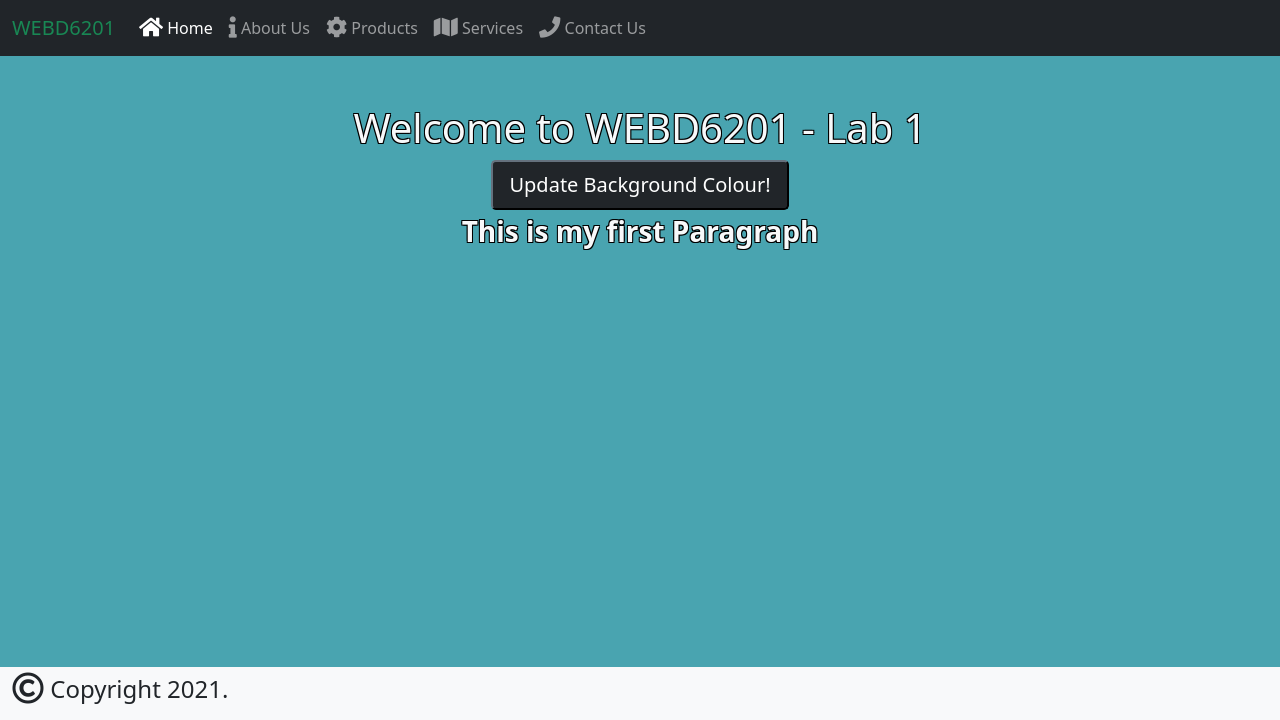
Repository: alto4/Lab-2-Nick-Scott-WEBD6201
Page: index.html
The author's editor kept a copy of each file at every save. The page is drawn from the files as they stood at one save, then again after the next save.
The browser window is 1280 px wide. The pictures show the whole page.

Above is the page before, as saved 2021-02-01 11:30:43.

### index.html
<!DOCTYPE html>
<html lang="en">

<head>
  <meta charset="UTF-8">
  <meta name="viewport" content="width=device-width, initial-scale=1.0">
  <title>Home</title>
  <!-- CSS Section -->
  <link rel="stylesheet" href="./node_modules/bootstrap/dist/css/bootstrap.min.css">
  <link rel="stylesheet" href="./node_modules/@fortawesome/fontawesome-free/css/all.min.css">
  <link rel="stylesheet" href="./Content/app.css">
</head>

<body>
  <!-- Main Header -->
  <header>
    <!-- Main Navigation -->
    <nav class="navbar navbar-expand-lg navbar-dark bg-dark">
      <div class="container-fluid">
        <a class="navbar-brand text-success" href="index.html">WEBD6201</a>
        <button class="navbar-toggler" type="button" data-bs-toggle="collapse" data-bs-target="#navbarSupportedContent"
          aria-controls="navbarSupportedContent" aria-expanded="false" aria-label="Toggle navigation">
          <span class="navbar-toggler-icon"></span>
        </button>
        <div class="collapse navbar-collapse" id="navbarSupportedContent">
          <ul class="navbar-nav me-auto mb-2 mb-lg-0">
            <li class="nav-item">
              <a class="nav-link active" aria-current="page" href="index.html"><i class="fas fa-home fa-lg"></i>
                Home</a>
            </li>

            <li class="nav-item">
              <a class="nav-link" aria-current="page" href="about.html"><i class="fas fa-info fa-lg"></i> About Us</a>
            </li>

            <li class="nav-item">
              <a class="nav-link" aria-current="page" href="products.html"><i class="fas fa-cog fa-lg"></i> Products</a>
            </li>

            <li class="nav-item">
              <a class="nav-link" aria-current="page" href="services.html"><i class="fas fa-map fa-lg"></i> Services</a>
            </li>

            <li class="nav-item">
              <a class="nav-link" aria-current="page" href="contact.html"><i class="fas fa-phone fa-lg"></i> Contact
                Us</a>
            </li>
          </ul>
        </div>
      </div>
    </nav>
  </header>

  <!-- Main Content -->
  <div id="a">
    <main class="container py-5 text-center">
      <h1>Welcome to WEBD 6201</h1>

      <p id="paragraphOne"></p>


    </main>
  </div>
  <!-- Main Footer -->
  <footer>
    <nav class="navbar fixed-bottom navbar-light bg-light">
      <div class="container-fluid">
        <h4><i class="far fa-copyright fa-lg"></i> Copyright 2021.</h4>
      </div>
    </nav>
  </footer>

  <!-- Script Section-->
  <script src="./node_modules/jquery/dist/jquery.min.js"></script>
  <script src="./node_modules/bootstrap/dist/js/bootstrap.bundle.min.js"></script>
  <script src="./Scripts/app.js"></script>
</body>

</html>

### Content/app.css
/* custom css goes here */



.outline {
    color: white;
    text-shadow: -1px -1px 0 #000, 1px -1px 0 #000, -1px 1px 0 #000, 1px 1px 0 #000;
  }

### Scripts/app.js
/* custom JavaScript goes here */

//IIFE - Immediately Invoked Function Expression
//AKA - Anonymous Self-Executing Function
//Closure - limits scope leak

"use strict";
/* Example of a class being created with brand new functions
let myContact =
{
  "firstName":"Nick SF",
  "contactNumber":"905-123-4567",
  "emailAddress":"email@test.com",
  "saysHello":function() { console.log(`${fullName} says Hello!`); },
  "someOtherObject":{  "friendsList":["Tony", "Stephen", "Peter"]  }

};*/


(function()
{

    function displayHome()
    {
      function bgFunction()
      {
      //  mainContent.insertAdjacentHTML(mainContent, "<p>This was added by a butto</p>")
        document.body.style.backgroundImage = "url('Assets/finn.png')";

      }
      document.body.style.backgroundColor = "#49A4B0";
      //document.querySelector("body").style.background = "url(../Assets/finn.png)";

        let paragraphOneText =
          "This is a simple site to demonstrate DOM Manipulation for ICE 1";

        let paragraphOneElement = document.getElementById("paragraphOne");

        paragraphOneElement.textContent = paragraphOneText;
        paragraphOneElement.className = "fs-5";

        // Step 1. document.createElement
        let newParagraph = document.createElement("p");
        // Step 2. configure the element
        newParagraph.setAttribute("id", "paragraphTwo");
        newParagraph.textContent = "...And this is paragraph two";
        // Step 3. select the parent element
        let mainContent = document.getElementsByTagName("main")[0];
        // Step 4. Add / Insert the element
        mainContent.appendChild(newParagraph);

        newParagraph.className = "fs-6";

        // another way of injecting content
        let paragraphDiv = document.createElement("div");
        let paragraphThree = `<p id="paragraphThree" class="fs-7 fw-bold">And this is the Third Paragraph</p>`;
        paragraphDiv.innerHTML = paragraphThree;

        // insertions

        // example of inserting before a node
        //newParagraph.before(paragraphDiv);

        // example of inserting after a node
        newParagraph.after(paragraphDiv);

        // deletions

        // example of removing a single element
        //paragraphOneElement.remove();

        // example of removeChild
        mainContent.removeChild(paragraphOneElement);

        // update / modification
        //mainContent.firstElementChild.textContent = "Welcome Home!";

        mainContent.innerHTML = `<h1 id="firstHeading" class="text-light outline">Welcome to WEBD6201 - Lab 1</h1>
        <button type="button" id="updateBackground" class="btn-lg btn-dark">Update Background Colour!</button>
         <p id="paragraphOne" class="fs-3 fw-bold text-light outline">This is my first Paragraph</p>
        `;

      const backgroundButton = document.querySelector('#updateBackground');

      backgroundButton.addEventListener("click", bgFunction);

    }

    function displayAbout()
    {
      // Grab container element
      const container = document.querySelector(".container");
      // Heading
      const heading = document.createElement("h1");
      heading.innerText = "Meet Scott & Nick";
      heading.style.textDecoration = "underline";
      heading.style.textDecorationColor = "green";
      container.appendChild(heading);

      // About Scott
      const aboutContainer = document.createElement("div");
      const aboutTextContainer = document.createElement("div");
      const aboutText = document.createElement("p");
      aboutTextContainer.classList.add("col-lg-6", "p-4");
      aboutText.innerText = "Scott is a full-stack developer based in Whitby, Ontario. I enjoy woring with JavaScript, Ruby on Rails,\
       and C#. Before coming to Durham College and pursuing a change in career direction, I worked as a cook and musician, and also \
       teach guitar and piano lessons. I love creating things from scratching and breaking down complex problems.";

      aboutTextContainer.appendChild(aboutText);


      // Button to view Scott resume
      const resumeButton = document.createElement("btn");
      resumeButton.innerText = "View Resume";
      resumeButton.classList.add("btn", "btn-success");
      aboutTextContainer.appendChild(resumeButton);

       const aboutImage = document.createElement("div");
      aboutImage.innerHTML = `<img src="../Assets/scottaltonpic.jpg" class="col-lg-6" />`
      aboutImage.classList.add("col-lg-6");
      aboutContainer.classList.add("row");

      aboutContainer.innerHTML = "<h3>Scott Alton</h3>";
      aboutContainer.appendChild(aboutTextContainer);
      aboutContainer.appendChild(aboutImage);
      container.appendChild(aboutContainer);


      // Scott picture
      // Nick picture
      // About Nick
      // Button to view Nick resume
      // Button to view projects and contact
        let newParagraph = document.createElement("p");
        let subheadingText = "About Scott & Nick";

        let paragraphOneElement = document.getElementById("paragraphOne");

    }

    function displayProjects()
    {

    }

    function displayServices()
    {

    }

    function displayContact()
    {
        let messageArea = document.getElementById("messageArea");
        messageArea.hidden = true;

        // form validation
        let fullName = document.getElementById("fullName");
        fullName.addEventListener("blur", function() {
            if(fullName.value.length < 2)
            {
                fullName.focus();
                fullName.select();
                messageArea.hidden = false;
                messageArea.className = "alert alert-danger";
                messageArea.textContent = "Please enter an appropriate Name";
            }
            else
            {
                messageArea.removeAttribute("class");
                messageArea.hidden = true;
            }
        });

        let sendButton = document.getElementById("sendButton");
        sendButton.addEventListener("click", function(event){
            //event.preventDefault();
            let contact = new Contact(fullName.value, contactNumber.value, emailAddress.value);
            console.log(contact.serialize());

            if(contact.serialize()) //checking if the serialized object exists
            {
              localStorage.setItem((localStorage.length + 1).toString(), contact.serialize());
            }

            fullName.value = "";
            contactNumber.value = "";
            emailAddress.value = "";
        });
    }
    function displayContactList()
    {

      if(localStorage.length > 0)
      {
        let contactList = document.getElementById("contactList");

        let data = "";

        for (let index = 0; index < localStorage.length; index++)
        {
          let contactData = localStorage.getItem((index + 1).toString());

          console.log(contactData);

          let contact = new Contact();
          contact.deserialize(contactData);

          data += `<tr>
                  <th scope="row">${index + 1}</th>
                  <td>${contact.FullName}</td>
                  <td>${contact.ContactNumber}</td>
                  <td>${contact.EmailAddress}</td>
                  </tr>`;
        }

        contactList.innerHTML = data;
      }


    }

    function Start()
    {
        console.log("App Started...");

        switch (document.title)
        {
          case "Home":
              displayHome();
            break;
          case "About":
              displayAbout();
            break;
          case "Projects":
              displayProjects();
            break;
          case "Services":
              displayServices();
            break;
          case "Contact":
              displayContact();
            break;
          case "Contact-List":
              displayContactList();
            break;
        }

    }

    window.addEventListener("load", Start);

})();

Loaded but not shown: node_modules/bootstrap/dist/css/bootstrap.min.css (library); node_modules/@fortawesome/fontawesome-free/css/all.min.css (library); node_modules/jquery/dist/jquery.min.js (library); node_modules/bootstrap/dist/js/bootstrap.bundle.min.js (library)

After the next save:
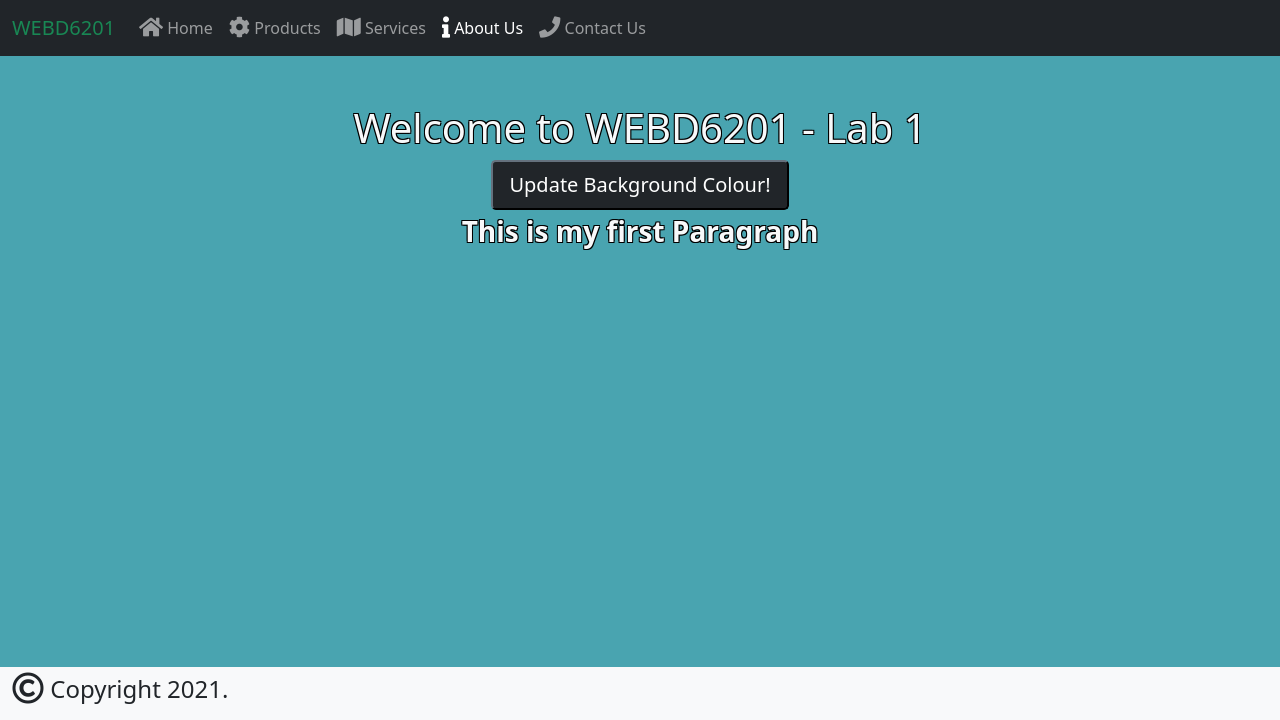
Saved 13 s later.
--- a/index.html
+++ b/index.html
@@ -24,13 +24,8 @@
         </button>
         <div class="collapse navbar-collapse" id="navbarSupportedContent">
           <ul class="navbar-nav me-auto mb-2 mb-lg-0">
-            <li class="nav-item">
-              <a class="nav-link active" aria-current="page" href="index.html"><i class="fas fa-home fa-lg"></i>
-                Home</a>
-            </li>
-
-            <li class="nav-item">
-              <a class="nav-link" aria-current="page" href="about.html"><i class="fas fa-info fa-lg"></i> About Us</a>
+            <li class="nav-item active">
+              <a class="nav-link" aria-current="page" href="index.html"><i class="fas fa-home fa-lg"></i> Home</a>
             </li>
 
             <li class="nav-item">
@@ -39,6 +34,11 @@
 
             <li class="nav-item">
               <a class="nav-link" aria-current="page" href="services.html"><i class="fas fa-map fa-lg"></i> Services</a>
+            </li>
+
+            <li class="nav-item">
+              <a class="nav-link active" aria-current="page" href="about.html"><i class="fas fa-info fa-lg"></i> About
+                Us</a>
             </li>
 
             <li class="nav-item">
